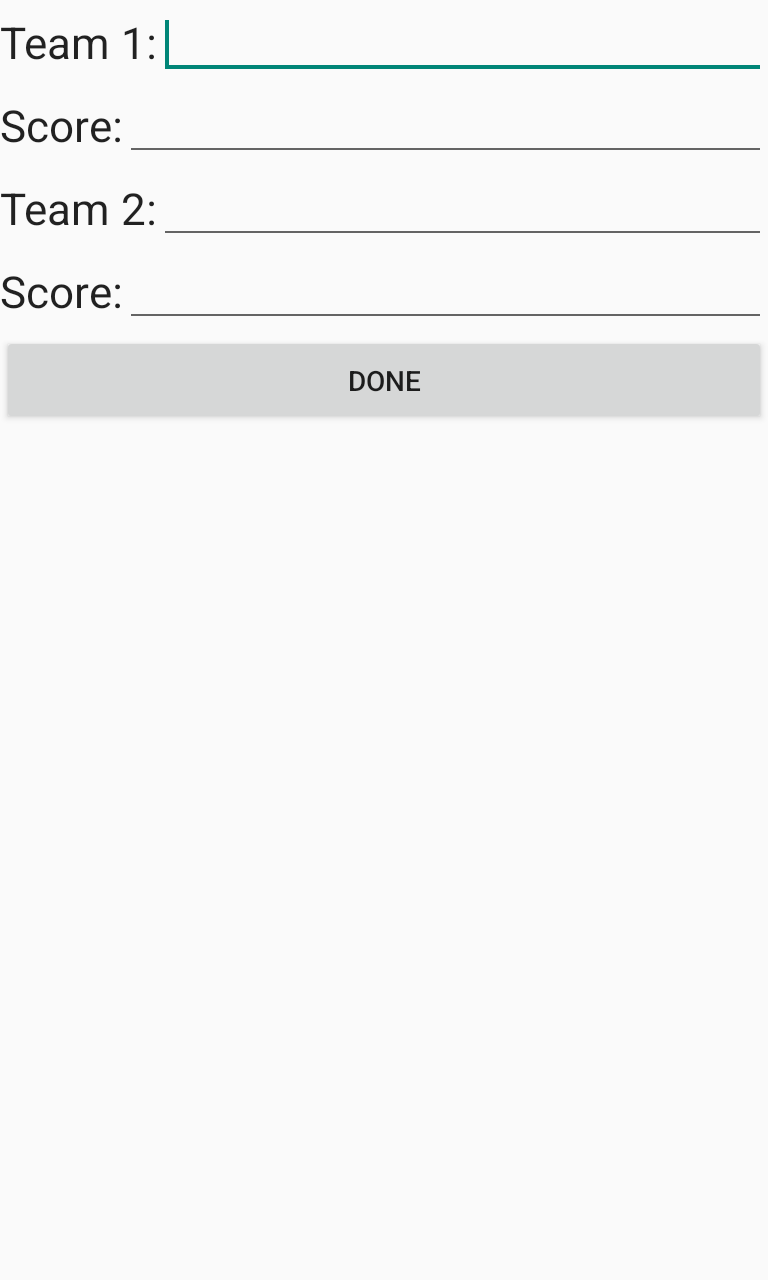
Repository: charlesweng/school
Layout: simpleandroidapps/GettingToKnowUIActivities/charleswengScoringProject/charleswengScoring/res/layout/fragment_teamdialog.xml
The author's editor kept a copy of each file at every save. The layout is drawn from the files as they stood at one save, then again after the next save.
It is drawn on a 768 x 1280 px phone screen (xhdpi) without system bars, with theme AppTheme; the app's code is not run.

Above is the layout before, as saved 2014-04-26 15:39:51.

### simpleandroidapps/GettingToKnowUIActivities/charleswengScoringProject/charleswengScoring/res/layout/fragment_teamdialog.xml
<?xml version="1.0" encoding="utf-8"?>
<RelativeLayout xmlns:android="http://schemas.android.com/apk/res/android"
    android:layout_width="match_parent"
    android:layout_height="match_parent"
    android:orientation="vertical" >

    <TextView
        android:id="@+id/team1name"
        android:layout_width="wrap_content"
        android:layout_height="wrap_content"
        android:layout_alignParentTop="true"
        android:layout_alignParentLeft="true"
        android:layout_alignBaseline="@+id/editTeam1"
        android:text="@string/team_1_edit"
        android:textAppearance="?android:attr/textAppearanceLarge" />

    <TextView
        android:id="@+id/team2name"
        android:layout_width="wrap_content"
        android:layout_height="wrap_content"
        android:layout_below="@+id/team1score"
        android:layout_alignBaseline="@+id/editTeam2"
        android:layout_alignParentLeft="true"
        android:text="@string/team_2_edit"
        android:textAppearance="?android:attr/textAppearanceLarge" />

    <TextView
        android:id="@+id/team1score"
        android:layout_width="wrap_content"
        android:layout_height="wrap_content"
        android:layout_below="@+id/team1name"
        android:layout_alignBaseline="@+id/editScore1"
        android:layout_alignParentLeft="true"
        android:text="@string/score"
        android:textAppearance="?android:attr/textAppearanceLarge" />

    <TextView
        android:id="@+id/team2score"
        android:layout_width="wrap_content"
        android:layout_height="wrap_content"
        android:layout_below="@+id/team2name"
        android:layout_alignBaseline="@+id/editScore2"
        android:layout_alignParentLeft="true"
        android:text="@string/score"
        android:textAppearance="?android:attr/textAppearanceLarge" />

    <EditText
        android:id="@+id/editTeam1"
        android:layout_width="wrap_content"
        android:layout_height="wrap_content"
        android:layout_alignParentRight="true"
        android:layout_alignParentTop="true"
        android:layout_toRightOf="@+id/team1name"
        android:inputType="text"
        android:ems="10" >
        <requestFocus />
    </EditText>

    <EditText
        android:id="@+id/editTeam2"
        android:layout_width="wrap_content"
        android:layout_height="wrap_content"
        android:layout_alignParentRight="true"
        android:layout_below="@+id/editScore1"
        android:layout_toRightOf="@+id/team2name"
        android:inputType="text"
        android:ems="10" >
    </EditText>

    <EditText
        android:id="@+id/editScore1"
        android:layout_width="fill_parent"
        android:layout_height="wrap_content"
        android:layout_alignParentRight="true"
        android:layout_below="@+id/editTeam1"
        android:layout_toRightOf="@+id/team1score"
        android:inputType="number"
        android:ems="10" >
    </EditText>

    <EditText
        android:id="@+id/editScore2"
        android:layout_width="wrap_content"
        android:layout_height="wrap_content"
        android:layout_alignParentRight="true"
        android:layout_below="@+id/editTeam2"
        android:layout_toRightOf="@+id/team2score"
        android:inputType="number"
        android:ems="10" >
    </EditText>

    <Button
        android:id="@+id/button1"
        android:layout_width="fill_parent"
        android:layout_height="wrap_content"
        android:layout_below="@+id/editScore2"
        android:layout_centerHorizontal="true"
        android:text="@string/done"
		/>

</RelativeLayout>

### simpleandroidapps/GettingToKnowUIActivities/charleswengScoringProject/charleswengScoring/res/values/strings.xml
<?xml version="1.0" encoding="utf-8"?>
<resources>

    <string name="app_name">charleswengScoring</string>
    <string name="hello_world">Hello world!</string>
    <string name="action_settings">Settings</string>
    <string name="enter_date">Enter Date</string>
    <string name="date">Date</string>
    <string name="enter_game">Enter Game</string>
    <string name="team_1">Team 1</string>
    <string name="team_2">Team 2</string>
    <string name="team_1_edit">Team 1:</string>
    <string name="team_2_edit">Team 2:</string>
    <string name="zero">0</string>
    <string name="next_game">Next Game</string>
    <string name="title_activity_date_picker">DatePicker</string>
	<string name="done">Done</string>
	<string name="score">Score:</string>
</resources>

Loaded but not shown: simpleandroidapps/GettingToKnowUIActivities/charleswengScoringProject/charleswengScoring/res/values/styles.xml (common file); simpleandroidapps/GettingToKnowUIActivities/charleswengScoringProject/charleswengScoring/res/values-v11/styles.xml (common file); simpleandroidapps/GettingToKnowUIActivities/charleswengScoringProject/charleswengScoring/res/values-v14/styles.xml (common file)

After the next save:
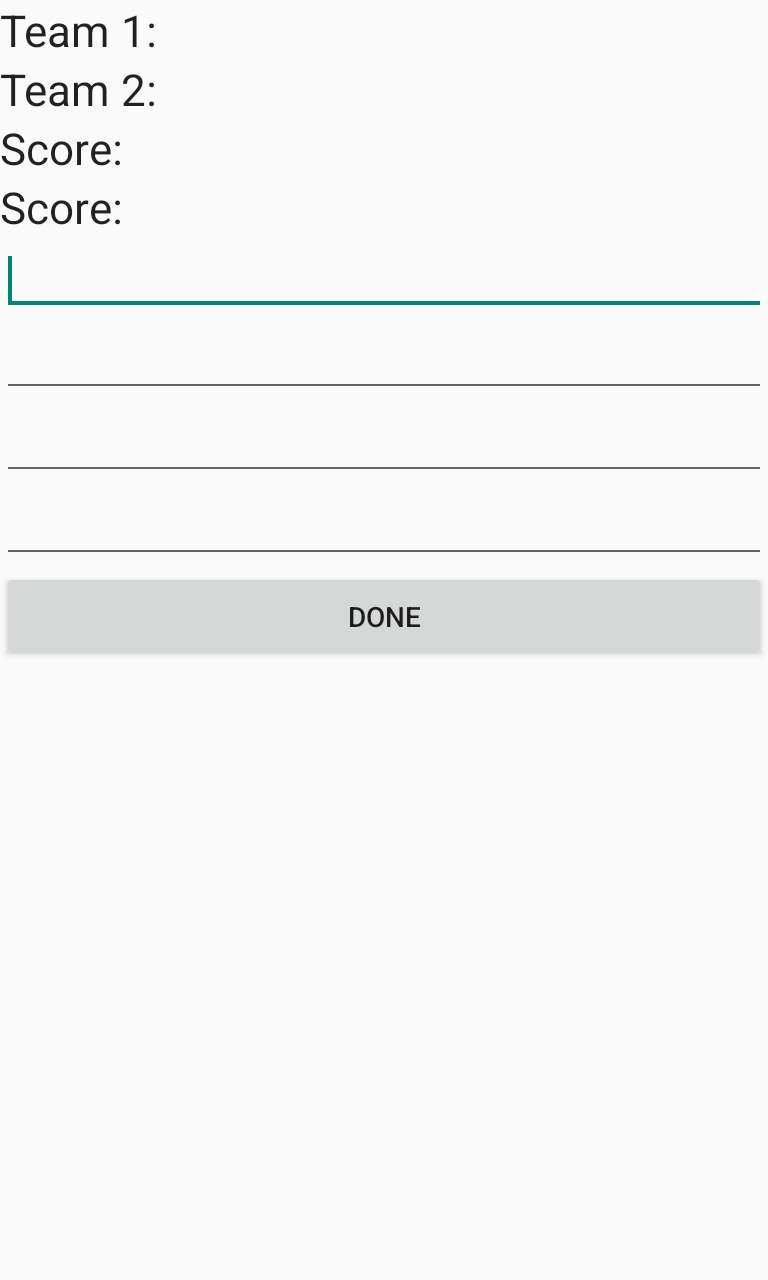
Saved 79 s later.
--- a/simpleandroidapps/GettingToKnowUIActivities/charleswengScoringProject/charleswengScoring/res/layout/fragment_teamdialog.xml
+++ b/simpleandroidapps/GettingToKnowUIActivities/charleswengScoringProject/charleswengScoring/res/layout/fragment_teamdialog.xml
@@ -1,5 +1,5 @@
 <?xml version="1.0" encoding="utf-8"?>
-<RelativeLayout xmlns:android="http://schemas.android.com/apk/res/android"
+<LinearLayout xmlns:android="http://schemas.android.com/apk/res/android"
     android:layout_width="match_parent"
     android:layout_height="match_parent"
     android:orientation="vertical" >
@@ -46,7 +46,7 @@
 
     <EditText
         android:id="@+id/editTeam1"
-        android:layout_width="wrap_content"
+        android:layout_width="fill_parent"
         android:layout_height="wrap_content"
         android:layout_alignParentRight="true"
         android:layout_alignParentTop="true"
@@ -58,7 +58,7 @@
 
     <EditText
         android:id="@+id/editTeam2"
-        android:layout_width="wrap_content"
+        android:layout_width="fill_parent"
         android:layout_height="wrap_content"
         android:layout_alignParentRight="true"
         android:layout_below="@+id/editScore1"
@@ -80,7 +80,7 @@
 
     <EditText
         android:id="@+id/editScore2"
-        android:layout_width="wrap_content"
+        android:layout_width="fill_parent"
         android:layout_height="wrap_content"
         android:layout_alignParentRight="true"
         android:layout_below="@+id/editTeam2"
@@ -96,6 +96,6 @@
         android:layout_below="@+id/editScore2"
         android:layout_centerHorizontal="true"
         android:text="@string/done"
-		/>
+	/>
 
-</RelativeLayout>
+</LinearLayout>
